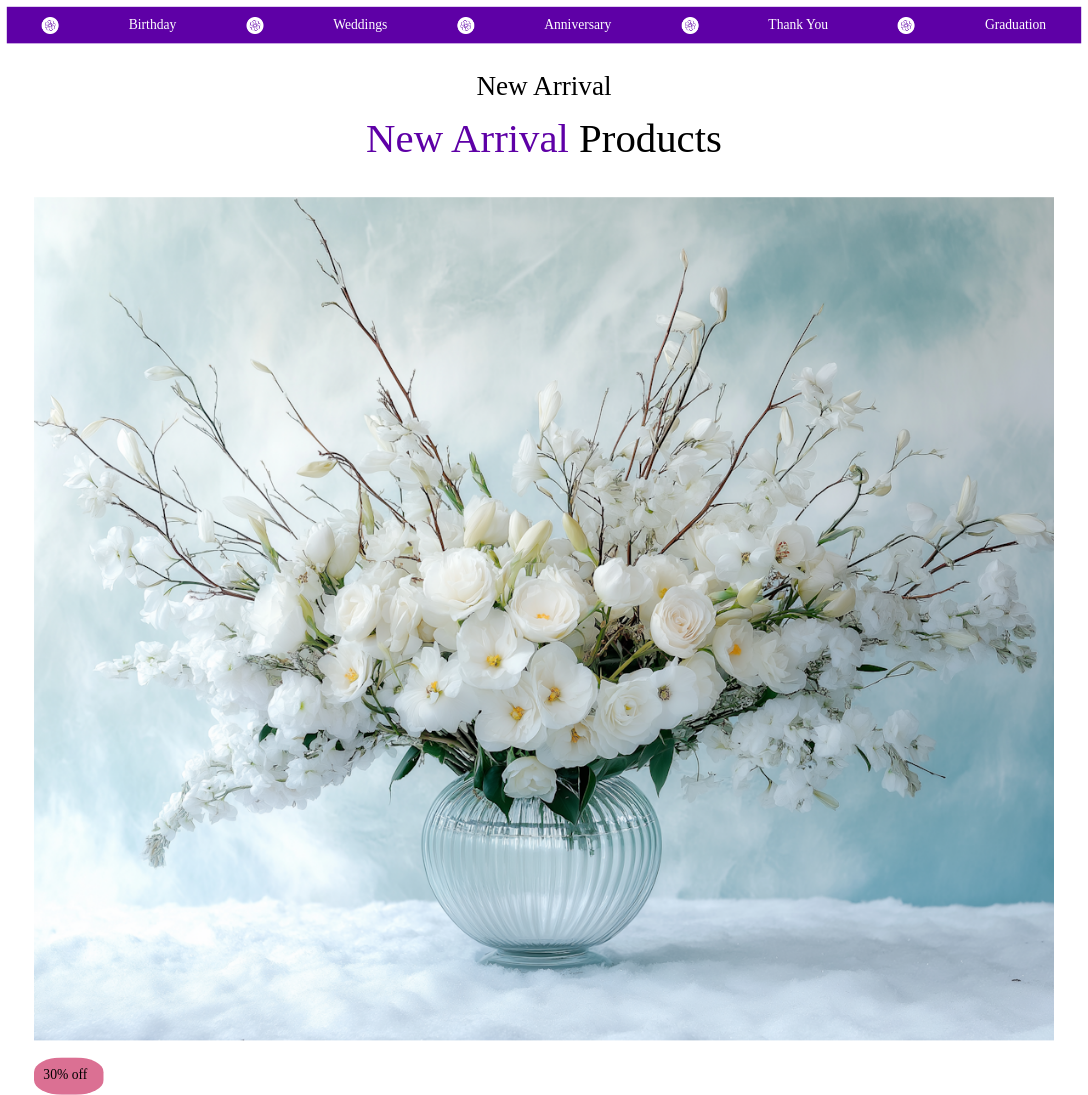
Repository: KolawoleTemilade/classroom-learning
Page: newarrival/index.html
These files come from the project's save history. The page is drawn as it stood at one moment and after a run of saves; the edit follows.
The browser window is 1280 px wide. The pictures show the whole page, at 85% of full size.

Above is the page before, as saved 2025-10-01 18:23:48.

### newarrival/index.html
<!DOCTYPE html>
<html lang="en">
  <head>
    <meta charset="UTF-8" />
    <meta name="viewport" content="width=h, initial-scale=1.0" />
    <title>new arrival</title>
    <link rel="stylesheet" href="style.css" />
  </head>
  <body>
    <section class="new-arrival-sect">
      <div class="marq-sect">
        <div class="marque">
          <img
            src="../newarrival/images/icons/marqueflower.png"
            alt="flower-icon"
            width="20"
            height="20"
          />
          <span>birthday</span>
          <img
            src="../newarrival/images/icons/marqueflower.png"
            alt="flower-icon"
            width="20"
            height="20"
          />
          <span>weddings</span>
          <img
            src="../newarrival/images/icons/marqueflower.png"
            alt="flower-icon"
            width="20"
            height="20"
          />
          <span>anniversary</span>
          <img
            src="../newarrival/images/icons/marqueflower.png"
            alt="flower-icon"
            width="20"
            height="20"
          />
          <span>thank you</span>
          <img
            src="../newarrival/images/icons/marqueflower.png"
            alt="flower-icon"
            width="20"
            height="20"
          />
          <span>graduation</span>
        </div>
      </div>
      <div class="new-arrival">
        <div class="new-arrival-title">
          <p class="title1">
            new arrival
            <span class="title2">new arrival <span class="product-title">products</span></span>
          </p>
        </div>
        <div class="new-arrival-product-card">
          <div class="product-card">
            <div class="img-sect">
              <img src="./images/new-arrival/flower1.png" alt="flower1" />
              <div class="absolute-container">
                <p class="slash">30% off</p>
              </div>
            </div>
            <div class="text-sect"></div>
          </div>
        </div>
      </div>
    </section>
  </body>
</html>

### newarrival/style.css
.new-arrival-sect{
    display: flex;
    flex-direction: column;
    align-items: center;
    justify-content: center;
}

.marq-sect{
    background-color: #5E00A6;
    height:6vh;
    width: 100%;
    align-content: center;
}
.marque {
    display: flex;
    align-content: center;
    justify-content:space-around ;
}
.marque > span {
    text-transform: capitalize;
    color: white;
}
.title1{
    font-size: 2rem;
    display: flex;
    flex-direction: column;
    align-items: center;
    justify-content: center;
    gap: 15px;
    text-transform: capitalize;
}
.title2 {
    font-size: 3rem;
    color: #5E00A6;
    font-weight: 500;
}
.product-title{
    color: black;
    font-size: 3rem;

}

.product-card {
    display: flex;
    padding: 10px;
    background: white;
}
.img-sect {
    position: relative;
}
.absolute-container > p{
    /* width: 100%; */
}
.slash {
    position: absolute;
    top: left;
    background: palevioletred;
    padding: 10px;
    width: 5%;
    height: 3vh;
    border: 1px solid transparent;
    border-radius: 40%;
}

After the next 7 saves:
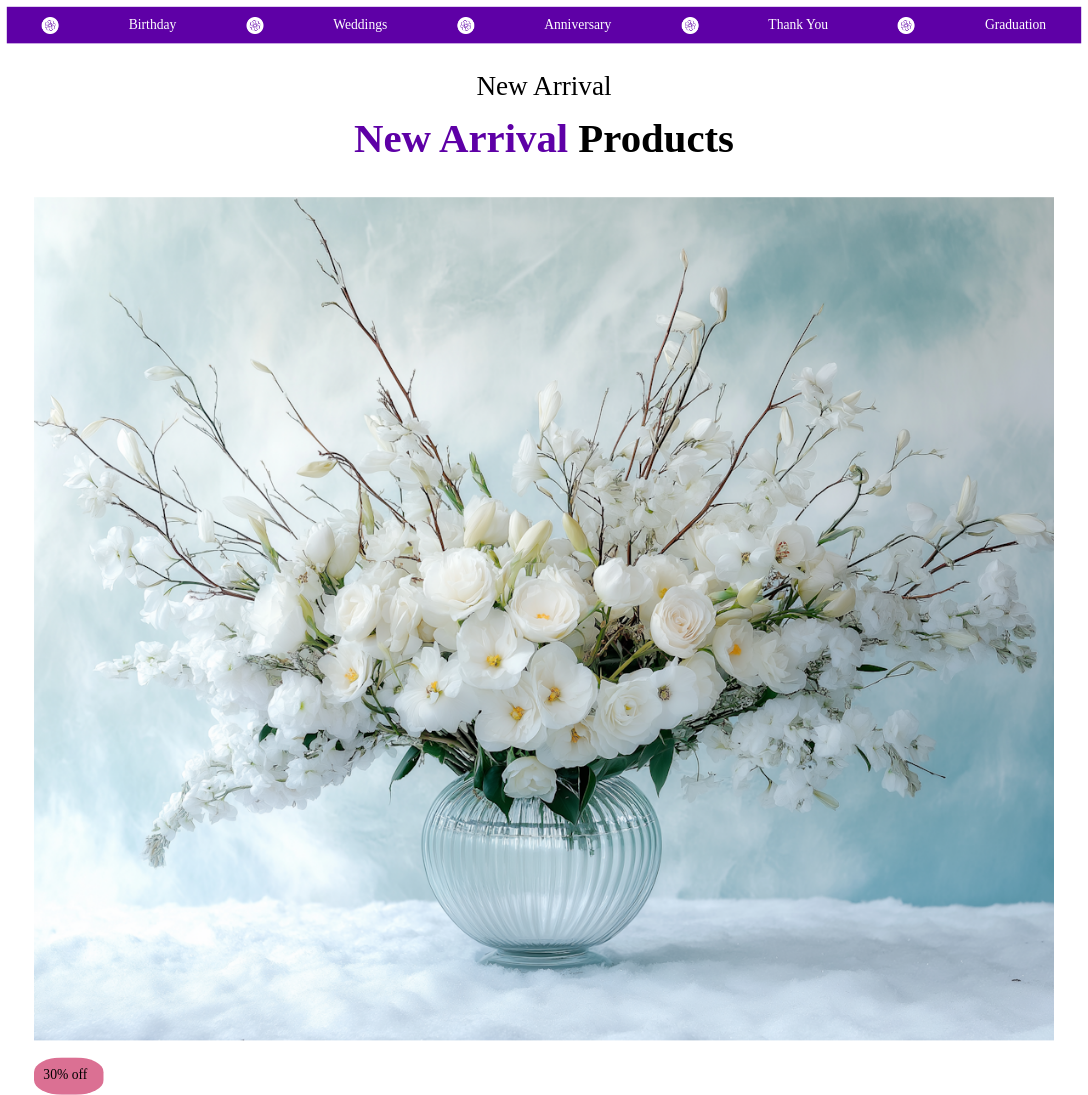
The 7 saves are shown as one change because they came seconds apart.
The last was saved 25 s later.
--- a/newarrival/style.css
+++ b/newarrival/style.css
@@ -32,12 +32,12 @@
 .title2 {
     font-size: 3rem;
     color: #5E00A6;
-    font-weight: 500;
+    font-weight: 700;
 }
 .product-title{
     color: black;
     font-size: 3rem;
-
+    font-weight: 700;
 }
 
 .product-card {
